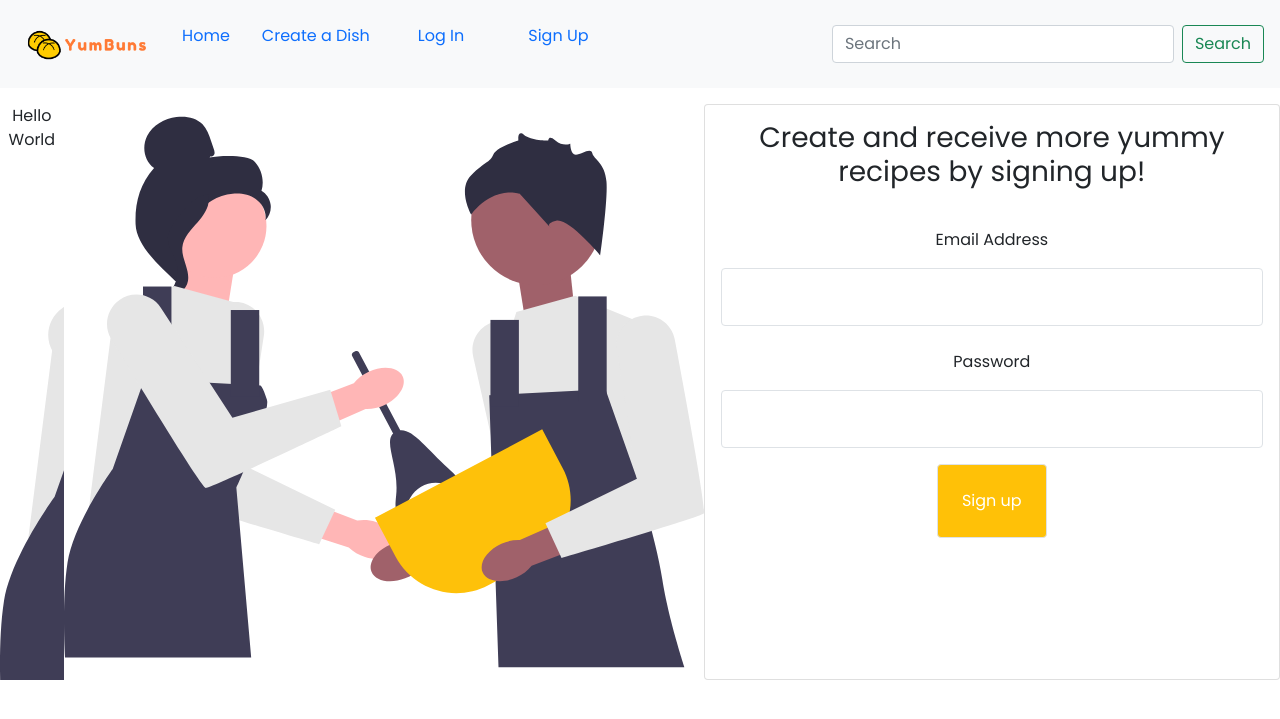
Repository: mottad14/yumBuns
Page: /signup (app in client/)
These files come from the project's save history. The page is drawn as it stood at one moment and after the next save; the edit follows.
The browser window is 1280 px wide. The pictures show the whole page.
Some web fonts or font styles are not loaded; a fallback is used. The project was rebuilt for these pictures with package versions that can differ from the ones it lists, and the page was loaded fresh each time. Also part of the build but not shown: client/src/components/RecipePreview.js, client/src/views/Main.js, client/src/views/Login.js, client/src/views/Create.js, client/src/views/Recipe.js, client/src/components/SubscribePop.css, client/src/components/SignUp.jsx, client/src/components/SubscribePop.js.

Above is the page before, as saved 2022-07-30 10:04:35.

### client/public/index.html
<!DOCTYPE html>
<html lang="en">
  <head>
    <meta charset="utf-8" />
    <link rel="icon" href="%PUBLIC_URL%/favicon.ico" />
    <meta name="viewport" content="width=device-width, initial-scale=1" />
    <meta name="theme-color" content="#000000" />
    <meta
      name="description"
      content="Web site created using create-react-app"
    />
    <!--
      Notice the use of %PUBLIC_URL% in the tags above.
      It will be replaced with the URL of the `public` folder during the build.
      Only files inside the `public` folder can be referenced from the HTML.

      Unlike "/favicon.ico" or "favicon.ico", "%PUBLIC_URL%/favicon.ico" will
      work correctly both with client-side routing and a non-root public URL.
      Learn how to configure a non-root public URL by running `npm run build`.
    -->
    <title>Yumbuns</title>
  </head>
  <body>
    <noscript>You need to enable JavaScript to run this app.</noscript>
    <div id="root"></div>
    <!--
      This HTML file is a template.
      If you open it directly in the browser, you will see an empty page.

      You can add webfonts, meta tags, or analytics to this file.
      The build step will place the bundled scripts into the <body> tag.

      To begin the development, run `npm start` or `yarn start`.
      To create a production bundle, use `npm run build` or `yarn build`.
    -->
  </body>
</html>

### client/src/index.js
import React from 'react';
import ReactDOM from 'react-dom';
import './index.css';
import App from './App';
import reportWebVitals from './reportWebVitals';
import {BrowserRouter} from "react-router-dom";

ReactDOM.render(
    <React.StrictMode>
      <BrowserRouter>
            <App />
      </BrowserRouter>
    </React.StrictMode>,
    document.getElementById('root')
);



// If you want to start measuring performance in your app, pass a function
// to log results (for example: reportWebVitals(console.log))
// or send to an analytics endpoint. Learn more: https://bit.ly/CRA-vitals
reportWebVitals();

### client/src/App.js
import React from 'react';
import 'bootstrap/dist/css/bootstrap.min.css';
import {Switch, Route} from "react-router-dom";
import './App.css';
import NavBar from './components/NavBar';
import Main from './views/Main';
import Login from './views/Login'
import NewAccount from "./views/NewAccount"
import Create from './views/Create';
import Recipe from './views/Recipe';
import SubscribePop from './components/SubscribePop';
import {useState, useEffect} from 'react'
import { AuthContextProvider } from "./contexts/AuthContext";


function App() {
  const [timedPopup, setTimedPopup] = useState (false);

  useEffect(() => {
    setTimeout(() => {
      setTimedPopup(true)
    }, 45000)
  }, [])


  return (

    <div className="App">
      <div className="">
          <NavBar/>
          <AuthContextProvider>
              <Switch>
                <Route exact path="/">
                  <Main/>
                </Route>

                <Route exact path="/login">
                  <Login/>
                </Route>

                <Route exact path="/signup">
                  <NewAccount/>
                </Route>

                <Route path="/view/single/:_id">
                  <Recipe/>
                </Route>

                <Route exact path="/create">
                  <Create/>
                </Route>
              </Switch>

              <SubscribePop trigger={timedPopup} setTrigger={setTimedPopup}>
              </SubscribePop>
          </AuthContextProvider>


       </div>
    </div>
  );
}

export default App;

### client/src/App.css
@import url('https://fonts.googleapis.com/css2?family=BIZ+UDGothic&family=Poppins&display=swap');

.App {
  font-family: 'BIZ UDGothic', sans-serif;
  font-family: 'Poppins', sans-serif;
  z-index: 1;
  text-align: center;
}

.recipePreview{
  border: 3px solid rgb(177, 177, 177);
  min-height: 300px;
  width: 250px;
  background-color: rgb(254, 194, 10);
  border-left-style: dotted;
  border-right-style: dotted;
  border-radius: 10%;

}

.recipePreview > img{
  width: 95%;
  border-radius: 10%;
}
.recipePreview >div{
  align-items: center;

}

.Logo{
  margin-left: 10px;
  height: 30px;
}

.sticky{
  position: sticky;
  top: 0;
  z-index: 999;
  background-color: rgb(254, 194, 10);
  border: 2px solid black;
  border-radius: 25px;
}

.thumbnailBox > img{
  height: 40px;
}

.thumbnailBox > img:hover{
  height: 125px;
}

### client/src/components/NavBar.js
import React from "react";
import { Link } from "react-router-dom"
import Nav from 'react-bootstrap/Nav';
import YumBuns from "../imgs/YumBunsLogo.png"

const NavBar = (props) => {
    return(
            <nav className="navbar navbar-expand-lg bg-light mb-3">
                <Link className="navbar-brand mx-3" to="/">  <img className="Logo" src={YumBuns} alt="Logo" /> </Link>

                <div className="collapse navbar-collapse" id="navbarSupportedContent">
                <ul className="navbar-nav me-auto mb-2 mb-lg-0">
                    <li className="nav-item">
                    <Nav.Link> <Link className="nav-link btn-outline-warning" aria-current="page" to="/">Home</Link> </Nav.Link>
                    </li>
                    <li className="nav-item">
                    <Nav.Link> <Link className="nav-link btn-outline-warning" to="/create">Create a Dish</Link> </Nav.Link>
                    </li>
                    <li className="nav-item">
                    <Nav.Link> <Link className="nav-link d-flex mx-3 btn-outline-warning" to="/login"> Log In</Link> </Nav.Link>
                    </li>
                    <li className="nav-item">
                    <Nav.Link>  <Link className="nav-link d-flex mx-3 btn-outline-warning" to="/signup">    <p onClick={() => props.setTrigger(true)}> Sign Up </p>    </Link> </Nav.Link>
                    </li>
                </ul>
                <form className="d-flex mx-3" role="search">
                    <input className="form-control me-2" type="search" placeholder="Search" aria-label="Search" />
                    <button className="btn btn-outline-success" type="submit">Search</button>
                </form>
            </div>
            </nav>
    )
}

export default NavBar;

### client/src/views/NewAccount.js
import React, { useState } from 'react'
import { Link, useHistory } from 'react-router-dom'
import {Form, Button, Card, Alert} from "react-bootstrap"
import { UserAuth } from '../contexts/AuthContext'
import cooking from "../imgs/cooking.svg"

const Signup = () => {

  const [email, setEmail] = useState('')
  const [password, setPassword] = useState('')
  const [error, setError] = useState('')

  const history = useHistory();
  const {createUser} = UserAuth();

  const handleSubmit = async(e) => {
    e.preventDefault();
    setError('')
    try{
      await createUser(email, password)
      history.push("/");
    } catch(e) {
      setError(e.message)
      console.log(e.message)
    }
  }

  return (
    <div style={{ display: 'flex',
        height: '80vh'}}>
    <div style={{ backgroundImage: `url(${cooking})` }}>
      Hello World
    </div>
        <img className='flex' style={{maxWidth: "50vw"}} src={cooking} alt={cooking} />

    <Card>
      <Card.Body>
          <h3 className='text-center mb-4'> Create and receive more yummy recipes by signing up!</h3>
            {error && <Alert variant="danger"> {error} </Alert>}

      <Form onSubmit={handleSubmit}>
          <Form.Group className='flex flex-col py-2'>
            <Form.Label className='py-2 font-medium' htmlFor=""> Email Address</Form.Label>
            <Form.Control onChange={(e)=> setEmail(e.target.value)} className='border p-3' type="email"/>
          </Form.Group>

          <Form.Group className='flex flex-col py-2'>
            <Form.Label className='py-2 font-medium' htmlFor=""> Password</Form.Label>
            <Form.Control onChange={(e)=> setPassword(e.target.value)} className='border p-3' type="password"/>
          </Form.Group>

          <Button variant="warning" className='border border-blue-500 bg-yellow-600 hover:bg-blue-500 w-full p-4 my-2 text-white'>Sign up</Button>
      </Form>


      </Card.Body>
    </Card>
    </div>
  )
}

export default Signup

### client/src/contexts/AuthContext.js
import { createContext, useContext, useEffect, useState } from "react";
import {createUserWithEmailAndPassword,
    signInWithEmailAndPassword,
    signOut,
    onAuthStateChanged}
    from "firebase/auth"
import { auth } from "../firebase";

const UserContext = createContext();

export const AuthContextProvider = ({children}) => {
    const [user, setUser] = useState({})

    const createUser = (email, password) => {
        return (createUserWithEmailAndPassword(auth, email, password))
    }

    const signIn = (email, password) => {
        return signInWithEmailAndPassword(auth, email, password)
    }

    const logout = () =>{
        return signOut(auth);
    }

    useEffect (() => {
        const unsubscribe = onAuthStateChanged(auth, (currentUser) => {
            console.log(currentUser)
            setUser(currentUser)
        })
        return (() => {
            unsubscribe()
        })
    }, [])

    return (
        <UserContext.Provider value={{ createUser, user, signIn, logout }}>
            {children}
        </UserContext.Provider>
    )
}

export const UserAuth = () =>{
    return useContext(UserContext)
}

### client/src/firebase.js
// Import the functions you need from the SDKs you need
import { initializeApp } from "firebase/app";
import { getAuth } from "firebase/auth";
// TODO: Add SDKs for Firebase products that you want to use
// https://firebase.google.com/docs/web/setup#available-libraries

// Your web app's Firebase configuration
console.log(`The current api key is: ${process.env.REACT_APP_FIREBASE_API_KEY}`)
const firebaseConfig = {
  apiKey: process.env.REACT_APP_FIREBASE_API_KEY,
  authDomain: process.env.REACT_APP_FIREBASE_AUTH_DOMAIN,
  projectId: process.env.REACT_APP_FIREBASE_PROJECT_ID,
  storageBucket: process.env.REACT_APP_FIREBASE_STORAGE_BUCKET,
  messagingSenderId: process.env.REACT_APP_FIREBASE_MESSAGING_SENDER_ID,
  appId: process.env.REACT_APP_FIREBASE_APP_ID,
  measurementId: process.env.REACT_APP_FIREBASE_MEASUREMENT_ID
};

// Initialize Firebase
const app = initializeApp(firebaseConfig);
export const auth = getAuth(app);
export default app;

Loaded but not shown: client/src/index.css (common file); client/src/reportWebVitals.js (common file)

After the next save:
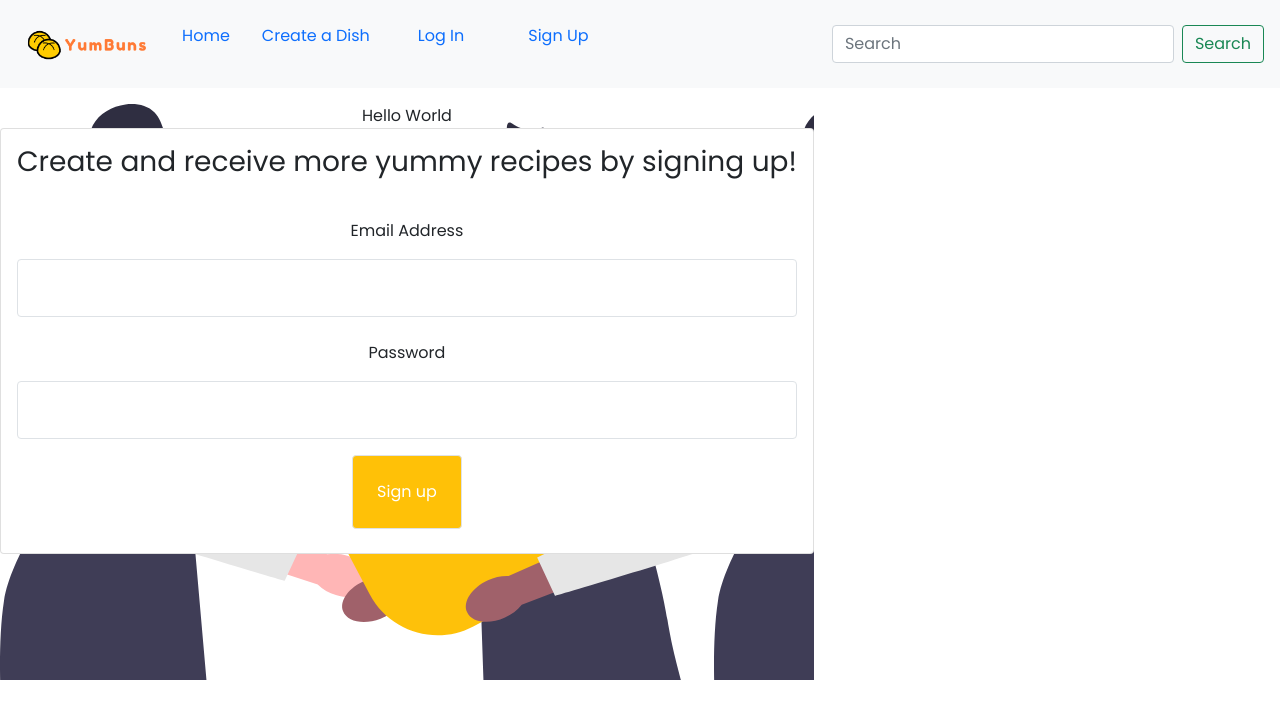
Saved 18 s later.
--- a/client/src/views/NewAccount.js
+++ b/client/src/views/NewAccount.js
@@ -30,8 +30,7 @@ const Signup = () => {
         height: '80vh'}}>
     <div style={{ backgroundImage: `url(${cooking})` }}>
       Hello World
-    </div>
-        <img className='flex' style={{maxWidth: "50vw"}} src={cooking} alt={cooking} />
+
 
     <Card>
       <Card.Body>
@@ -56,6 +55,7 @@ const Signup = () => {
       </Card.Body>
     </Card>
     </div>
+    </div>
   )
 }
 
